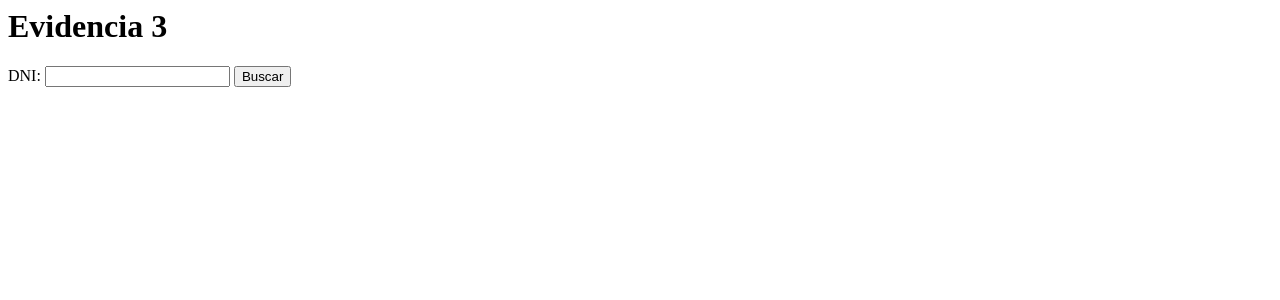
Repository: quino22/ulasalle
Page: ev3-70391273/war/index.html
The author's editor kept a copy of each file at every save. The page is drawn from the files as they stood at one save, then again after the next save.
The browser window is 1280 px wide. The pictures show the whole page.

Above is the page before, as saved 2016-11-04 15:46:33.

### ev3-70391273/war/index.html
<!DOCTYPE HTML PUBLIC "-//W3C//DTD HTML 4.01 Transitional//EN">
<!-- The HTML 4.01 Transitional DOCTYPE declaration-->
<!-- above set at the top of the file will set     -->
<!-- the browser's rendering engine into           -->
<!-- "Quirks Mode". Replacing this declaration     -->
<!-- with a "Standards Mode" doctype is supported, -->
<!-- but may lead to some differences in layout.   -->

<html>
  <head>
    <meta http-equiv="content-type" content="text/html; charset=UTF-8">
    <title>Evidencia 3</title>
  </head>

  <body>
    <h1>Evidencia 3</h1>

	<form action="votante" method="get">
		DNI: <input type="text" name="dni">
		<input type="submit" value="Buscar">
	</form>
  </body>
</html>

After the next save:
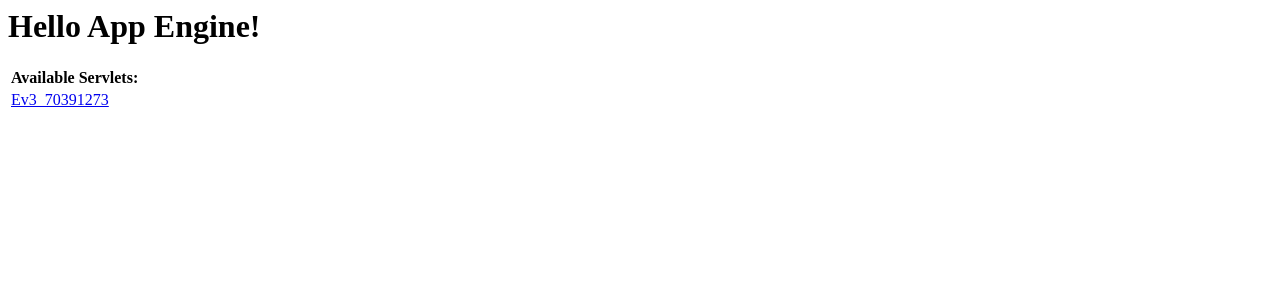
Saved 10 min 57 s later.
--- a/ev3-70391273/war/index.html
+++ b/ev3-70391273/war/index.html
@@ -9,15 +9,19 @@
 <html>
   <head>
     <meta http-equiv="content-type" content="text/html; charset=UTF-8">
-    <title>Evidencia 3</title>
+    <title>Hello App Engine</title>
   </head>
 
   <body>
-    <h1>Evidencia 3</h1>
+    <h1>Hello App Engine!</h1>
 
-	<form action="votante" method="get">
-		DNI: <input type="text" name="dni">
-		<input type="submit" value="Buscar">
-	</form>
+    <table>
+      <tr>
+        <td colspan="2" style="font-weight:bold;">Available Servlets:</td>
+      </tr>
+      <tr>
+        <td><a href="ev3_70391273">Ev3_70391273</a></td>
+      </tr>
+    </table>
   </body>
 </html>

After the save that followed:
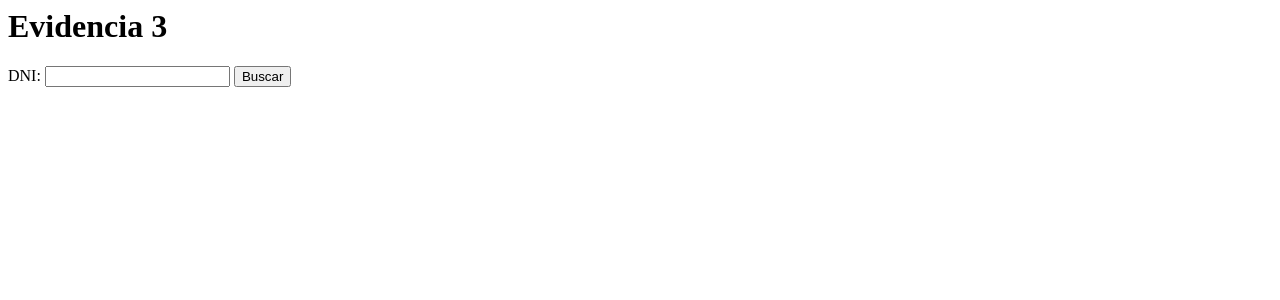
Saved 10 s later.
--- a/ev3-70391273/war/index.html
+++ b/ev3-70391273/war/index.html
@@ -9,19 +9,15 @@
 <html>
   <head>
     <meta http-equiv="content-type" content="text/html; charset=UTF-8">
-    <title>Hello App Engine</title>
+    <title>Evidencia 3</title>
   </head>
 
   <body>
-    <h1>Hello App Engine!</h1>
+    <h1>Evidencia 3</h1>
 
-    <table>
-      <tr>
-        <td colspan="2" style="font-weight:bold;">Available Servlets:</td>
-      </tr>
-      <tr>
-        <td><a href="ev3_70391273">Ev3_70391273</a></td>
-      </tr>
-    </table>
+	<form action="votante" method="get">
+		DNI: <input type="text" name="dni">
+		<input type="submit" value="Buscar">
+	</form>
   </body>
 </html>
